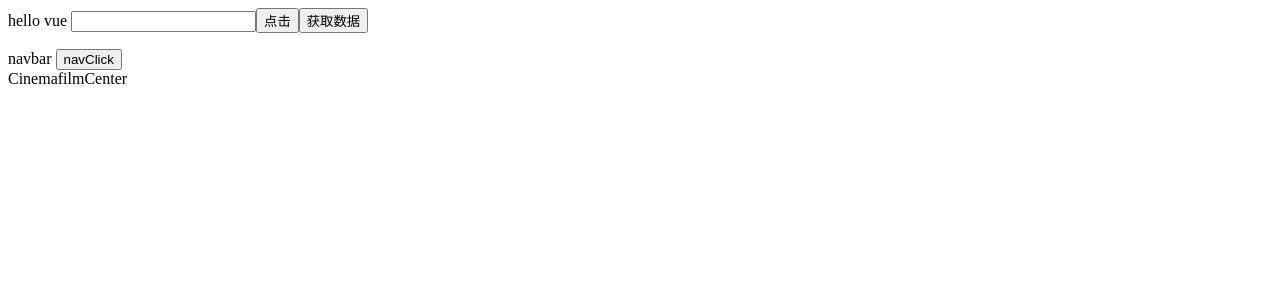
Repository: wangyz-gf/web_learning_test
Page: / (app in vue/基础2/vue-cli/myapp/)
The author's editor kept a copy of each file at every save. The page is drawn from the files as they stood at one save, then again after a run of saves.
The browser window is 1280 px wide. The pictures show the whole page.
The project was rebuilt for these pictures with package versions that can differ from the ones it lists, and the page was loaded fresh each time. Also part of the build but not shown: vue/基础2/vue-cli/myapp/vue.config.js, vue/基础2/vue-cli/myapp/src/views/Film.vue, vue/基础2/vue-cli/myapp/src/views/Center.vue, vue/基础2/vue-cli/myapp/src/views/Cinema.vue.

Above is the page before, as saved 2020-08-06 09:33:59.

After the next 2 saves:
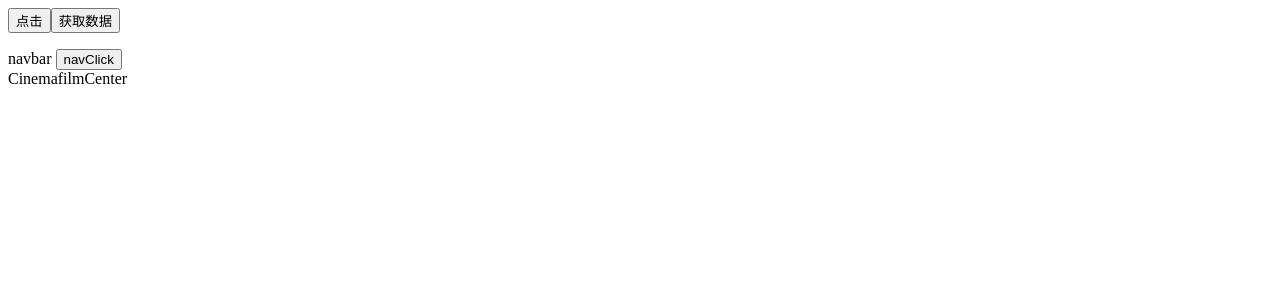
The 2 saves are shown as one change because they came seconds apart.
The last was saved 6 s later.
--- a/vue/基础2/vue-cli/myapp/src/App.vue
+++ b/vue/基础2/vue-cli/myapp/src/App.vue
@@ -1,8 +1,7 @@
 <template>
   <div>
-    <!-- <router-view></router-view> -->
-    hello vue
-    <input type="text" ref="mytext" />
+    <router-view></router-view>
+    <!-- <input type="text" ref="mytext" /> -->
     <button @click="handleClick">点击</button>
     <button @click="getData()">获取数据</button>
     <ul>
